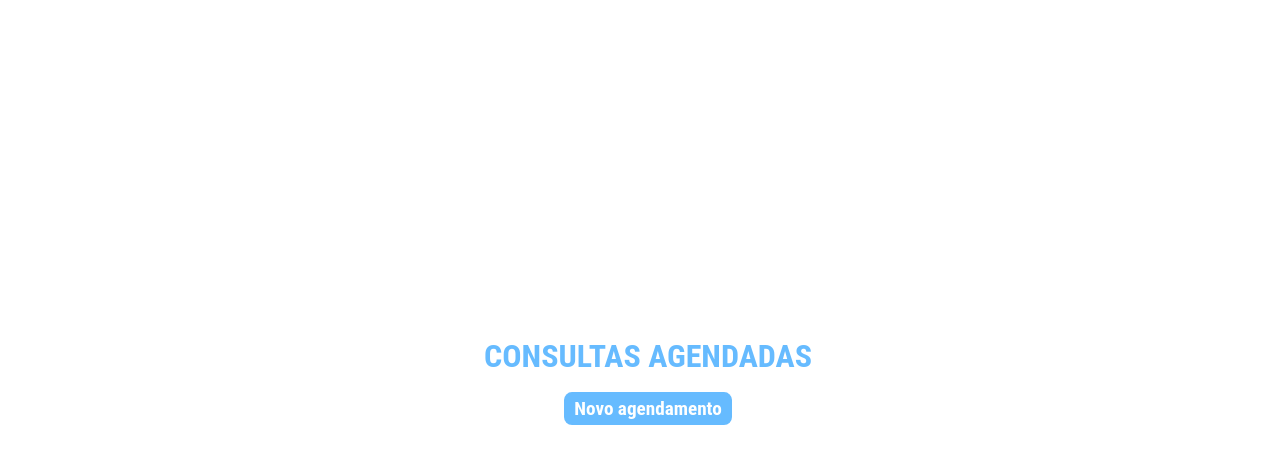
Repository: ohenriquesouza/HospitalCRUD-using-JavaEE
Page: http://localhost/JSP_test/main
The author's editor kept a copy of each file at every save. The page is drawn from the files as they stood at one save, then again after the next save.
The browser window is 1280 px wide. The pictures show the whole page.
Some web fonts or font styles are not loaded; a fallback is used. The page is served by Tomcat 10. Other server files are loaded and not shown. Queries for data that is not in the repository find no rows.

Above is the page before, as saved 2022-12-28 16:00:51.

### JSP_test/src/main/webapp/cadastro.jsp
<%@ page language="java" contentType="text/html; charset=utf-8"
    pageEncoding="utf-8"%>
<%@ page import="model.JavaBeans" %>
<%@ page import="java.util.ArrayList" %>
<%
	ArrayList<JavaBeans> consultas = (ArrayList<JavaBeans>) request.getAttribute("consultasAgendadas");
%>
<!DOCTYPE html>
<html lang="pt-br">
<head>
<meta charset="utf-8">
<title>Cadastro de pacientes</title>
<link rel="icon" href="imgs/usericon.png">
<link rel="stylesheet" href="style.css">
</head>
<body>
	<center><h1>CONSULTAS AGENDADAS</h1></center>
	<center><a class="botao1" href="novaConsulta.html">Novo agendamento</a></center>
	<%if(consultas.size() > 0){ %>
	<table id="tabela">
		<thead>
			<tr>
				<th>ID</th>
				<th>Nome</th>
				<th>Número da carteira</th>
				<th>Plano de saúde</th>
				<th>Especialidade</th>
				<th>Opções</th>
			</tr>
		</thead>
		<tbody>
			<%for(int i = 0; i < consultas.size(); i++){ %>
			<tr>
				<td><%=consultas.get(i).getidPaciente() %></td>
				<td><%=consultas.get(i).getnomePaciente() %></td>
				<td><%=consultas.get(i).getnmCarteira() %></td>
				<td><%=consultas.get(i).getPlanSaude() %></td>
				<td><%=consultas.get(i).getespeci() %></td>
				<td><a href="select?idPaciente=<%=consultas.get(i).getidPaciente() %>" class="botao1">Editar</a>
				<a href="javascript: confirmacao(<%=consultas.get(i).getidPaciente() %>)" class="botao2">Remover</a></td>
			</tr>
			<%} %>
		</tbody>



	</table>
	<br>
	<center><a href="relatorio" class="botao3">Gerar PDF</a></center>
	<%} %>
	<script src="scripts/confirmacao.js"></script>
</body>
</html>

### JSP_test/src/main/java/controller/Controller.java
package controller;

import java.io.IOException;
import java.util.ArrayList;

import com.itextpdf.text.Document;
import com.itextpdf.text.Paragraph;
import com.itextpdf.text.pdf.PdfPCell;
import com.itextpdf.text.pdf.PdfPTable;
import com.itextpdf.text.pdf.PdfWriter;

import jakarta.servlet.RequestDispatcher;
import jakarta.servlet.ServletException;
import jakarta.servlet.annotation.WebServlet;
import jakarta.servlet.http.HttpServlet;
import jakarta.servlet.http.HttpServletRequest;
import jakarta.servlet.http.HttpServletResponse;
import model.DAO;
import model.JavaBeans;

@WebServlet(urlPatterns = { "/Controller", "/main", "/insert", "/select", "/edit", "/delete", "/relatorio" })
@SuppressWarnings("unused")
public class Controller extends HttpServlet {
	private static final long serialVersionUID = 1L;
	DAO dao = new DAO();
	JavaBeans consulta = new JavaBeans();

	public Controller() {
		super();

	}

	protected void doGet(HttpServletRequest request, HttpServletResponse response)
			throws ServletException, IOException {

		String action = request.getServletPath();
		System.out.println(action);
		if (action.equals("/main")) {
			consultas(request, response);
		} else if (action.equals("/insert")) {
			novoAgendamento(request, response);
		} else if (action.equals("/select")) {
			listarConsultas(request, response);
		} else if (action.equals("/edit")) {
			editarConsulta(request, response);
		} else if (action.equals("/delete")) {
			removeConsulta(request, response);
		} else if (action.equals("/relatorio")) {
			gerarpdf(request, response);
		} else {
			response.sendRedirect("index.html");
		}
	}

	protected void consultas(HttpServletRequest request, HttpServletResponse response)
			throws ServletException, IOException {

		ArrayList<JavaBeans> consultas = dao.visualizarConsultas();
		request.setAttribute("consultasAgendadas", consultas);
		RequestDispatcher rd = request.getRequestDispatcher("cadastro.jsp");
		rd.forward(request, response);
	}

	protected void novoAgendamento(HttpServletRequest request, HttpServletResponse response)
			throws ServletException, IOException {

		// System.out.println(request.getParameter("nome"));
		// System.out.println(request.getParameter("NmCarteira"));
		// System.out.println(request.getParameter("plan"));
		// System.out.println(request.getParameter("especs"));

		consulta.setnomePaciente(request.getParameter("nome"));
		consulta.setnmCarteira(request.getParameter("NmCarteira"));
		consulta.setPlanSaude(request.getParameter("plan"));
		consulta.setespeci(request.getParameter("especs"));

		dao.agendarConsulta(consulta);
		response.sendRedirect("main");
	}

	protected void listarConsultas(HttpServletRequest request, HttpServletResponse response)
			throws ServletException, IOException {

		String idPacienteAux = request.getParameter("idPaciente");
		consulta.setidPaciente(idPacienteAux);
		dao.selecionaConsulta(consulta);
		request.setAttribute("idPaciente", consulta.getidPaciente());
		request.setAttribute("nome", consulta.getnomePaciente());
		request.setAttribute("NmCarteira", consulta.getnmCarteira());
		request.setAttribute("plan", consulta.getPlanSaude());
		request.setAttribute("espcs", consulta.getespeci());
		RequestDispatcher rd = request.getRequestDispatcher("edit.jsp");
		rd.forward(request, response);
	}

	protected void editarConsulta(HttpServletRequest request, HttpServletResponse response)
			throws ServletException, IOException {
		// System.out.println(request.getParameter("iduser"));
		// System.out.println(request.getParameter("nome"));
		// System.out.println(request.getParameter("NmCarteira"));
		// System.out.println(request.getParameter("plan"));
		// System.out.println(request.getParameter("especs"));

		consulta.setidPaciente(request.getParameter("iduser"));
		consulta.setnomePaciente(request.getParameter("nome"));
		consulta.setnmCarteira(request.getParameter("NmCarteira"));
		consulta.setPlanSaude(request.getParameter("plan"));
		consulta.setespeci(request.getParameter("especs"));
		dao.alteraConsulta(consulta);
		response.sendRedirect("main");
	}

	protected void removeConsulta(HttpServletRequest request, HttpServletResponse response)
			throws ServletException, IOException {

		String idRemover = request.getParameter("idPaciente");
		consulta.setidPaciente(idRemover);
		dao.removeConsulta(consulta);
		response.sendRedirect("main");
	}

	protected void gerarpdf(HttpServletRequest request, HttpServletResponse response)
			throws ServletException, IOException {

		Document doc = new Document();
		int cont = 0;
		try {
			response.setContentType("apllication/pdf");
			response.addHeader("Content-Disposition", "inline; filename=" + "Consultas.pdf");
			PdfWriter.getInstance(doc, response.getOutputStream());
			doc.open();
			doc.add(new Paragraph("Consultas agendadas:"));
			doc.add(new Paragraph(" "));
			PdfPTable table = new PdfPTable(4);
			PdfPCell col1 = new PdfPCell(new Paragraph("Nome"));
			PdfPCell col2 = new PdfPCell(new Paragraph("Nº da carteira"));
			PdfPCell col3 = new PdfPCell(new Paragraph("Plano de Saúde"));
			PdfPCell col4 = new PdfPCell(new Paragraph("Especialidade"));
			table.addCell(col1);
			table.addCell(col2);
			table.addCell(col3);
			table.addCell(col4);
			ArrayList<JavaBeans> consultas = dao.visualizarConsultas();
			for (int i = 0; i < consultas.size(); i++) {
				table.addCell(consultas.get(i).getnomePaciente());
				table.addCell(consultas.get(i).getnmCarteira());
				table.addCell(consultas.get(i).getPlanSaude());
				table.addCell(consultas.get(i).getespeci());
				cont++;
			}
			doc.add(table);
			doc.add(new Paragraph("No total, foram agendadas " + cont + " consultas."));
			doc.close();
		} catch (Exception e) {
			System.out.println(e);
			doc.close();
		}
	}
}

### JSP_test/src/main/webapp/style.css
@charset "utf-8";
@import url('https://fonts.googleapis.com/css2?family=Roboto+Condensed:wght@300&display=swap');
body{
    position: absolute;
    top: 50%;
    left: 50%;
    transform: translate(-50%, -50%);
	font-size: 1em;
	font-weight: 400;
	font-family: 'Roboto Condensed', sans-serif;
}
h1{
	color: #66bbff;
}
.botao1{
	text-decoration: none;
	background-color: #66bbff;
	padding: 5px 10px 5px 10px;
	color: #fff;
	font-size: 1.2em;
	font-weight: 700;
	border-radius: 8px;
	cursor: pointer;
}
.botao2{
	text-decoration: none;
	background-color: #DB4437;
	padding: 5px 10px 5px 10px;
	color: #fff;
	font-size: 1.2em;
	font-weight: 700;
	border-radius: 8px;
	cursor: pointer;
}
.botao3{
	text-decoration: none;
	background-color: #74848b;
	padding: 5px 10px 5px 10px;
	color: #fff;
	font-size: 1.2em;
	font-weight: 700;
	border-radius: 8px;
	cursor: pointer;
}
.imgpdf{
	padding:2px;
	margin-top:2px;
}
 .box{
                position: absolute;
                top: 50%;
                left: 50%;
                transform: translate(-50%, -50%);
                padding: 15px;
                border-radius: 10px;
}
#tabela{
	margin-top: 30px;
	border-collapse: collapse;
}
#tabela th{
	border: 1px solid #ddd;
	padding: 10px;
	text-align: left;
	background-color: #66bbff;
	color:#fff;
}
#tabela td{
	border: 1px solid #ddd;
	padding: 10px;
}

### JSP_test/src/main/webapp/scripts/confirmacao.js
function confirmacao(idPaciente){
	let retorno = confirm("Tem certeza que deseja excluir este agendamento permanentemente?")
	if(retorno == true){
		window.location.href="delete?idPaciente=" + idPaciente
	}
}

After the next save:
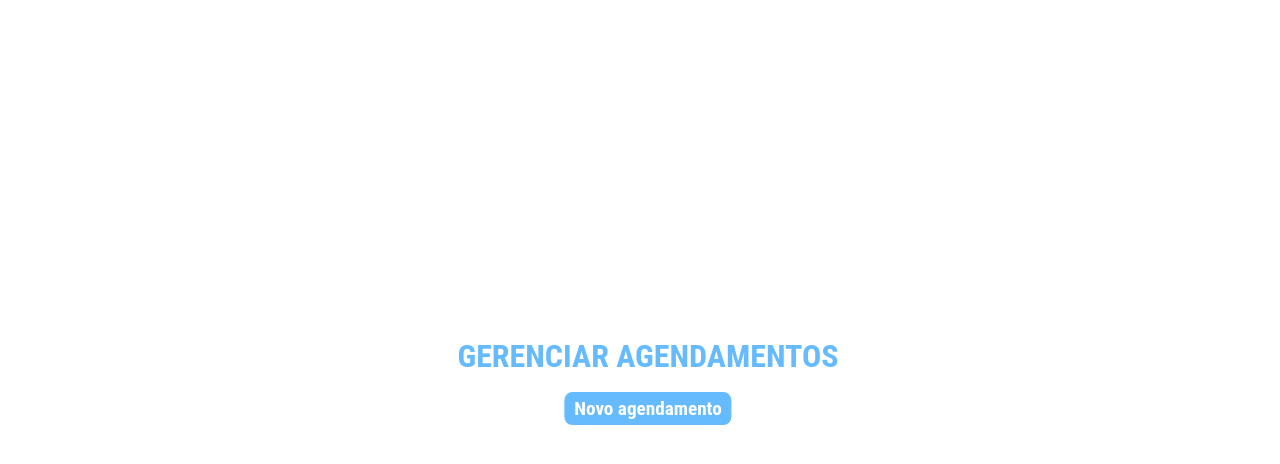
Saved 10 s later.
--- a/JSP_test/src/main/webapp/cadastro.jsp
+++ b/JSP_test/src/main/webapp/cadastro.jsp
@@ -14,7 +14,7 @@
 <link rel="stylesheet" href="style.css">
 </head>
 <body>
-	<center><h1>CONSULTAS AGENDADAS</h1></center>
+	<center><h1>GERENCIAR AGENDAMENTOS</h1></center>
 	<center><a class="botao1" href="novaConsulta.html">Novo agendamento</a></center>
 	<%if(consultas.size() > 0){ %>
 	<table id="tabela">
